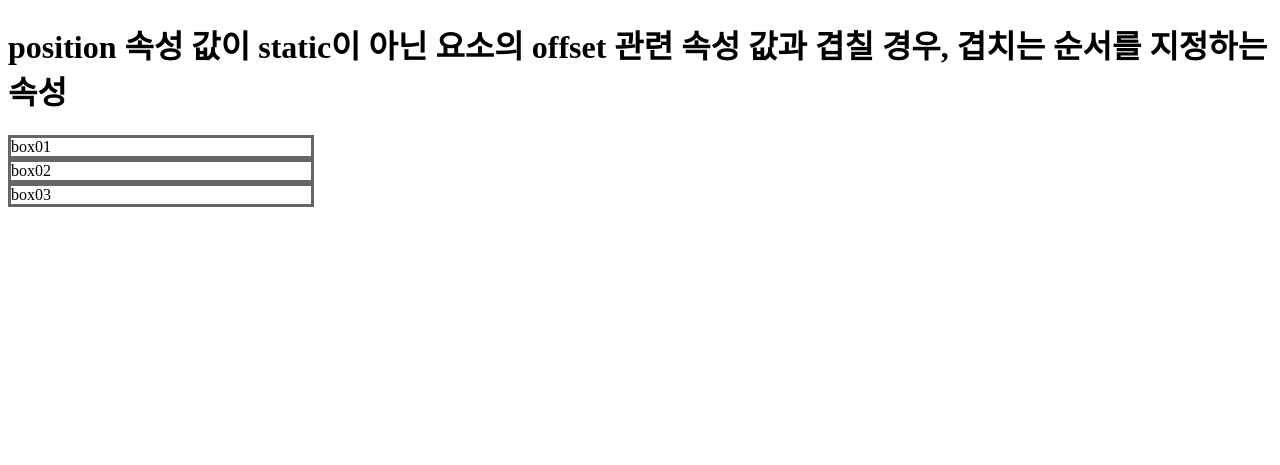
Repository: cussip/SuperHands
Page: WebExam/src/main/webapp/css/box_model/z_index.html
The author's editor kept a copy of each file at every save. The page is drawn from the files as they stood at one save, then again after the next save.
The browser window is 1280 px wide. The pictures show the whole page.

Above is the page before, as saved 2022-02-01 07:29:07.

After the next save:
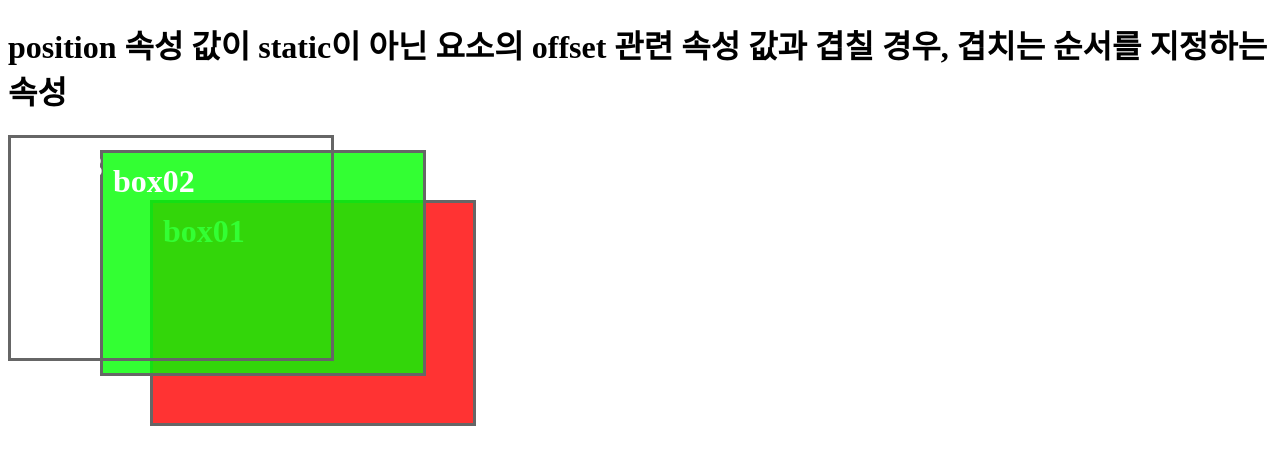
Saved 2 min 28 s later.
--- a/WebExam/src/main/webapp/css/box_model/z_index.html
+++ b/WebExam/src/main/webapp/css/box_model/z_index.html
@@ -7,6 +7,24 @@
 		div {
 			width: 300px;
 			border: #666 solid 3px;
+			padding: 10px;
+			height: 200px;
+			position: absolute;
+			font-weight: bold;
+			color: #FFF;
+			font-size: 2em;
+		}
+		.box01 {
+			top: 200px;
+			left: 150px;
+			background-color: rgba(255, 0, 0, 0.8);
+		}
+		.box02 {
+			top: 150px;
+			left: 100px;
+			background-color: rgba(0, 255, 0, 0.8);
+		}
+		.box03 {
 		}
 	</style>
 </head>
